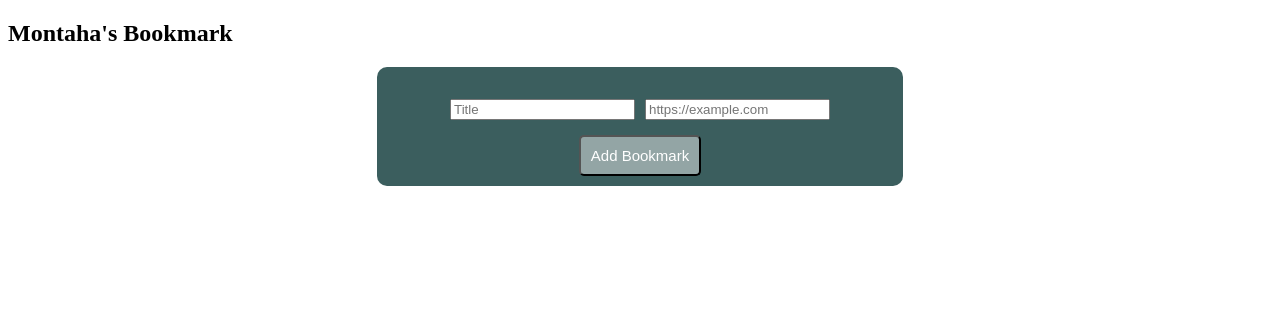
Repository: eidimontaha18-maker/finalproject
Page: index.html
An editor plug-in stored every save of this project. The page is shown before and after the next save, followed by the edit.
The browser window is 1280 px wide. The pictures show the whole page.

Above is the page before, as saved 2025-11-25 23:27:21.

After the next save:
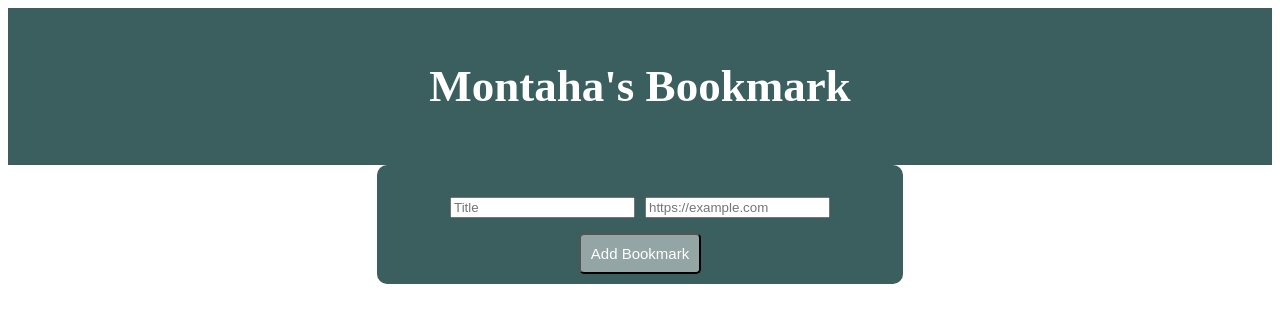
Saved 40 s later.
--- a/style.css
+++ b/style.css
@@ -15,3 +15,12 @@
     font-size: 15px;
     cursor: pointer;
 }
+
+nav{
+    background-color: rgb(59, 94, 94);
+    padding: 15px;
+    text-align: center;
+    font-size: 30px;
+    color: white;
+    font-weight: bold;
+}
